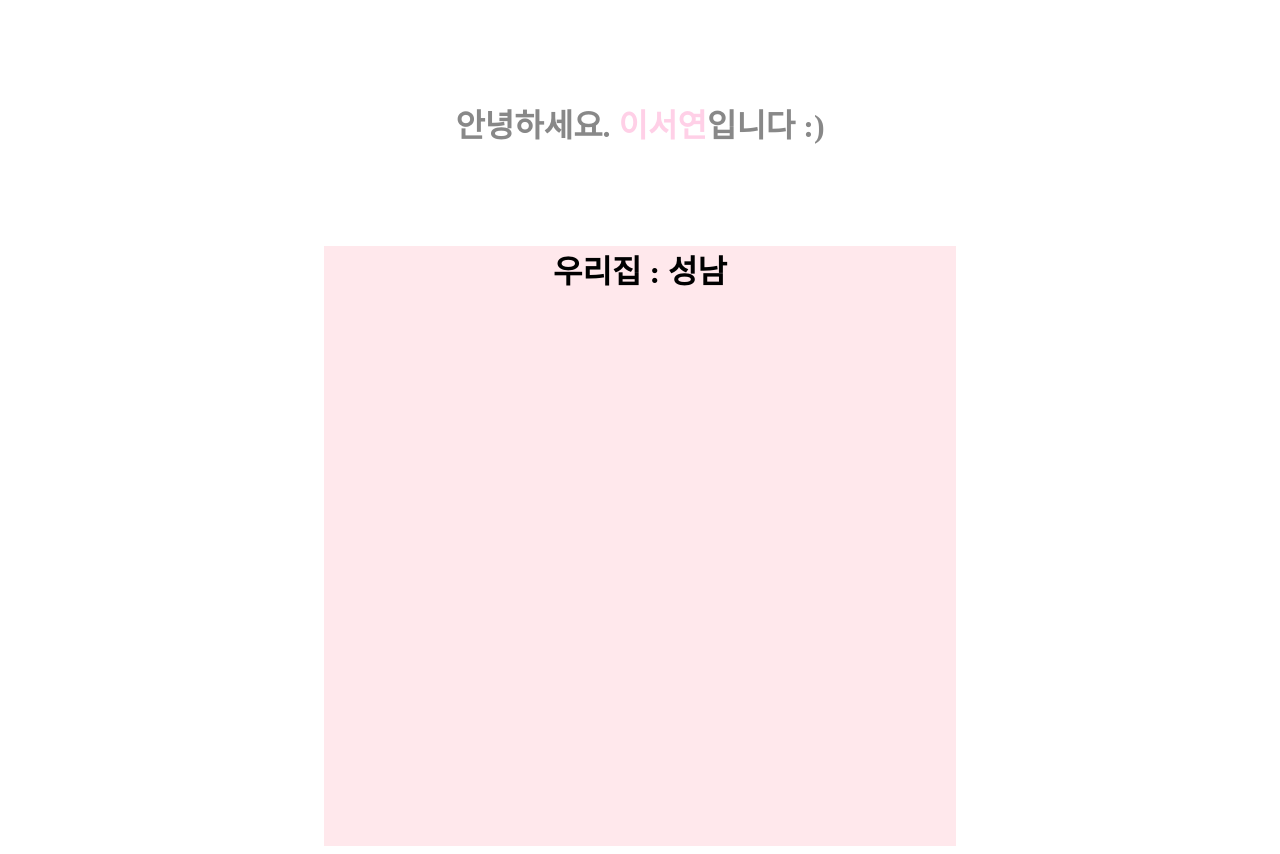
Repository: seoyeon0619/WebProgramming
Page: http://localhost/myhome1/자기소개.jsp
The author's editor kept a copy of each file at every save. The page is drawn from the files as they stood at one save, then again after the next save.
The browser window is 1280 px wide. The pictures show the whole page.
Some web fonts or font styles are not loaded; a fallback is used. The page is served by Tomcat 9.

Above is the page before, as saved 2022-12-29 08:41:25.

After the next save:
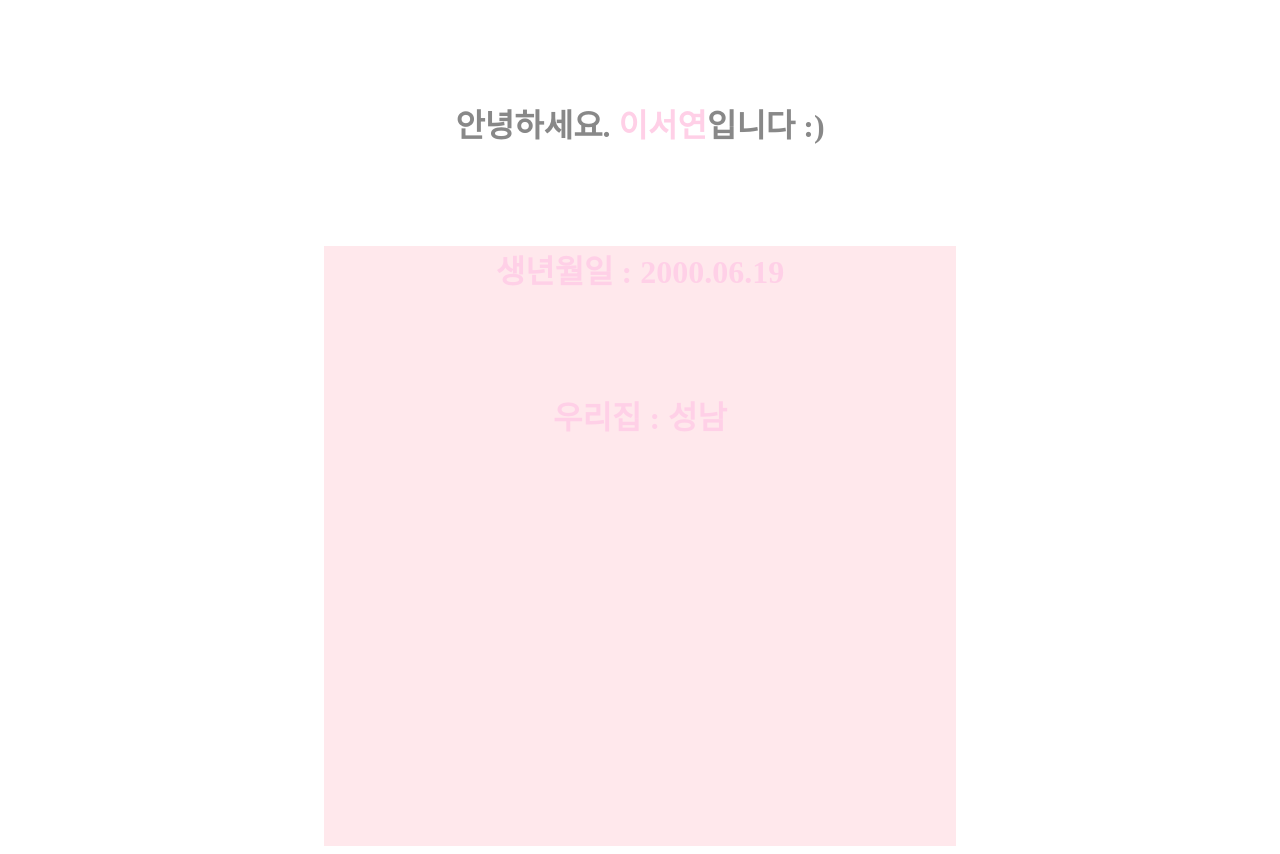
Saved 30 s later.
--- a/workspace1/myhome1/src/main/webapp/자기소개.jsp
+++ b/workspace1/myhome1/src/main/webapp/자기소개.jsp
@@ -41,8 +41,8 @@
 	<h1 style="color: #888888">안녕하세요. <span style="color: rgb(255, 208, 231);">이서연</span>입니다 :) </h1>
 
 <div>
-	<h1 style="color: rgb(255, 208, 231)>생년월일 : 2000.06.19</h1>
-	<h1 style="color: rgb(255, 208, 231)>우리집 : 성남</h1>
+	<h1 style="color: rgb(255, 208, 231);">생년월일 : 2000.06.19</h1>
+	<h1 style="color: rgb(255, 208, 231);">우리집 : 성남</h1>
 </div>
 
 
